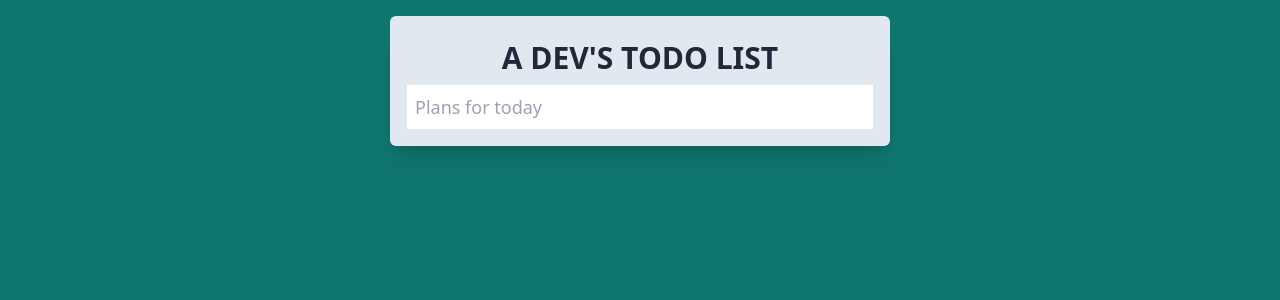
Repository: DevAntonioRogers/React-Todo-CRUD-App
Page: /
An editor plug-in stored every save of this project. The page is shown before and after the next save, followed by the edit.
The browser window is 1280 px wide. The pictures show the whole page.
The project was rebuilt for these pictures with package versions that can differ from the ones it lists, and the page was loaded fresh each time. Also part of the build but not shown: vite.config.ts.

Above is the page before, as saved 2023-05-14 01:23:04.

### src/App.tsx
import Form from "./components/Form";

const App = () => {
  return (
    <div className="h-screen w-screen p-4 bg-teal-700">
      <div className="bg-slate-200 max-w-[500px] w-full m-auto rounded-md shadow-xl p-4">
        <h1 className="text-3xl font-bold text-center text-gray-800 p-2">A DEV'S TODO LIST</h1>
        <Form />
      </div>
    </div>
  );
};

export default App;

### src/components/Form.tsx
const Form = () => {
  return (
    <form>
      <input className="border p-2 w-full text-lg" type="text" placeholder="Plans for today" />
    </form>
  );
};

export default Form;

Loaded but not shown: index.html (common file); src/main.tsx (common file); src/index.css (common file); tailwind.config.js (common file)

After the next save:
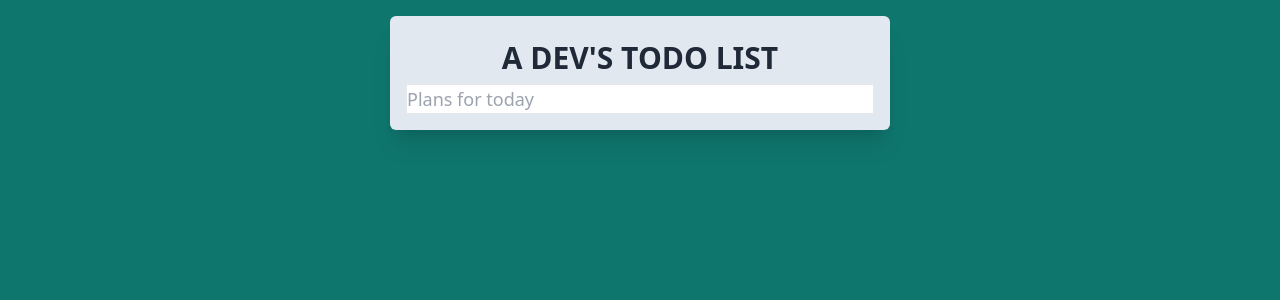
Saved 12 s later.
--- a/src/components/Form.tsx
+++ b/src/components/Form.tsx
@@ -1,7 +1,7 @@
 const Form = () => {
   return (
     <form>
-      <input className="border p-2 w-full text-lg" type="text" placeholder="Plans for today" />
+      <input className="border w-full text-lg" type="text" placeholder="Plans for today" />
     </form>
   );
 };
